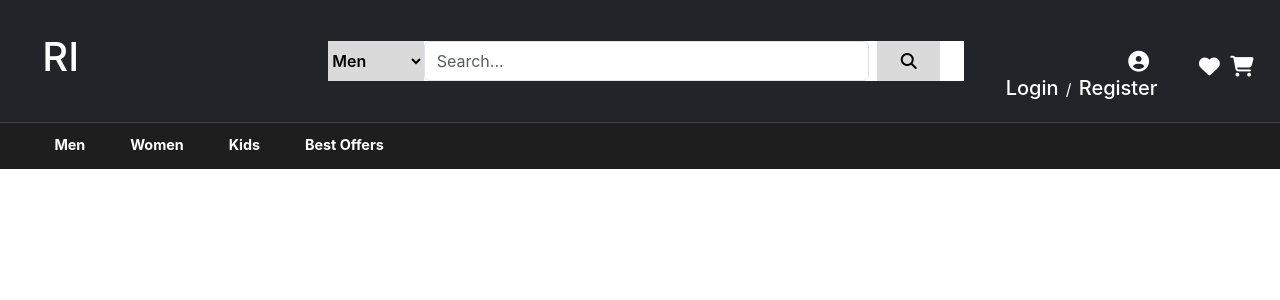
Repository: KodandaraoChellapilli/e-store
Page: /
These files come from the project's save history. The page is drawn as it stood at one moment and after a run of saves; the edit follows.
The browser window is 1280 px wide. The pictures show the whole page.
The project was rebuilt for these pictures with package versions that can differ from the ones it lists, and the page was loaded fresh each time. Also part of the build but not shown: src/App.css, src/Components/SideNav/_side-nav.scss.

Above is the page before, as saved 2025-06-09 12:58:08.

### public/index.html
<!DOCTYPE html>
<html lang="en">
  <head>
    <meta charset="utf-8" />
    <link rel="icon" href="%PUBLIC_URL%/favicon.ico" />
    <meta name="viewport" content="width=device-width, initial-scale=1" />
    <meta name="theme-color" content="#000000" />
    <meta
      name="description"
      content="Web site created using create-react-app"
    />
    <link rel="apple-touch-icon" href="%PUBLIC_URL%/logo192.png" />
    <!--
      manifest.json provides metadata used when your web app is installed on a
      user's mobile device or desktop. See https://developers.google.com/web/fundamentals/web-app-manifest/
    -->
    <link rel="manifest" href="%PUBLIC_URL%/manifest.json" />

    <link rel="stylesheet"   href="https://cdnjs.cloudflare.com/ajax/libs/font-awesome/6.7.2/css/all.min.css"/>


    <link href="https://cdn.jsdelivr.net/npm/bootstrap@5.3.6/dist/css/bootstrap.min.css" rel="stylesheet" integrity="sha384-4Q6Gf2aSP4eDXB8Miphtr37CMZZQ5oXLH2yaXMJ2w8e2ZtHTl7GptT4jmndRuHDT" crossorigin="anonymous">
    <!--
      Notice the use of %PUBLIC_URL% in the tags above.
      It will be replaced with the URL of the `public` folder during the build.
      Only files inside the `public` folder can be referenced from the HTML.

      Unlike "/favicon.ico" or "favicon.ico", "%PUBLIC_URL%/favicon.ico" will
      work correctly both with client-side routing and a non-root public URL.
      Learn how to configure a non-root public URL by running `npm run build`.
    -->
    <title>React App</title>
  </head>
  <body>
    <noscript>You need to enable JavaScript to run this app.</noscript>
    <div id="root"></div>
    <!--
      This HTML file is a template.
      If you open it directly in the browser, you will see an empty page.

      You can add webfonts, meta tags, or analytics to this file.
      The build step will place the bundled scripts into the <body> tag.

      To begin the development, run `npm start` or `yarn start`.
      To create a production bundle, use `npm run build` or `yarn build`.
    -->
  </body>
</html>

### src/App.js
import logo from './logo.svg';
import './App.css';
import TopNav from './Components/TopNav';
import  CatNav from './Components/CatNav';
import MainComponent from './Components/MainComponent';



function App() {
  return (
    <div className="App">

      <TopNav />
      <CatNav />
      <MainComponent />

    </div>
  );
}

export default App;

### src/Components/TopNav/index.js

import './_top-nav.scss';




const TopNav = ()=>{

    return (
        <div>

            <div className='header bg-dark'>
                    <div className='row'>

                    <div className='brand my-1'>
                        <h1>RI</h1>
                    </div>

                    <div className='inp-container p-0 my-4 w-50 h-25 bg-white'>

                        <div className='dropdown m-0 p-0'>
                        <select className='select-btn w-100 p-0 m-0'>
                            <option>Men</option>
                            <option>Women</option>
                            <option>Kids</option>
                        </select>
                        </div>

                        <input className='form-control' placeholder='Search...' />
                        <button><i className='fa fa-search'></i></button>

                    </div>

                    <div className='login-container p-0'>
                        <i className='fa fa-user-circle user-icon'></i>
                        <div className='auth-links'>
                        <h5><a href='#'>Login</a></h5>
                        <span> / </span>
                        <h5><a href="#">Register</a></h5>
                        </div>
                    </div>

                    <div className='cart-wishlist'>
                        <ul className='p-0'>
                        <li className='list-icon'><i className='fa fa-heart'></i></li>
                        <li className='list-icon'><i className='fa fa-shopping-cart'></i></li>
                        </ul>
                    </div>

                    </div>
      </div>
        </div>
    )

}

export default TopNav

### src/Components/CatNav/index.js
import './_cat-nav.scss';


const CatNav =()=> {
    return (
        <>

        <div className='cat-nav-container continer'>
            <ul>
                <li className ='list-items'> <a href='#'> Men  </a></li>
                <li className ='list-items' > <a href='#'> Women </a></li>
                <li  className ='list-items'> <a href='#'> Kids </a></li>
                <li  className ='list-items'> <a href='#'> Best Offers </a></li>

            </ul>
        </div>


        </>
    )
}

export default CatNav;

### src/Components/MainComponent/index.js
import './_main-component.scss';

const MainComponent =()=> {

    return (
        <div>
            <div className='container-fluid'>
                <div className='col-lg-2 col-md-3 col-sm-4'></div>
            </div>
        </div>
    )
}

export default MainComponent;

### src/Components/TopNav/_top-nav.scss
@import '../../style/sass/variables';

.header {
  max-width: 100%;
  box-shadow: 5px 5px 20px gray;
  padding: 1em;
}

.row {
  display: flex;
  align-items: center;
  flex-wrap: wrap;
  justify-content: space-between;
}

.brand {
  color: white;
  margin-left: 2%;
  padding: 0.8em;
  width: 23%;
}

.inp-container {
  display: flex;
  align-items: center;
  width: 50%;
  padding: 0.5em;
  background-color: white;
}

.inp-container .dropdown {
  width: 15%;
  margin-right: 0.5em;
}

.drropdown{
    width: 15%;
}

.select-btn {
  height: $element-height;
  border: none;
  background-color: #dadada;
  font-weight: 600;
  width: 100%;
}

.inp-container input {
  width: 70%;
  height: $element-height;
  margin-right: 0.5em;
}

.inp-container button {
  width: 10%;
  height: $element-height;
  border: none;
  background-color: #dadada;
}

.login-container {
  width: 15%;
  color: white;
  text-align: right;
  margin: 1.7em 0.2em 0 0;
}

.user-icon {
  margin-right: 0.4em;
  padding: 0.2em;
  font-size: $icon-font;
}

.auth-links {
  display: inline-block;
}

.login-container h5,
.login-container span {
  display: inline-block;
  margin: 0 0.2em;
}

.login-container a {
  text-decoration: none;
  color: white;
}

.cart-wishlist {
  width: 7%;
  margin-top: 1.7em;
  margin-left: 1em;
}

.cart-wishlist .list-icon {
  color: white;
  font-size: $icon-font;
  list-style-type: none;
  display: inline-block;
  margin-right: 0.5em;
}

### src/Components/CatNav/_cat-nav.scss
@import '../../style/sass/variables';
@import '../../style/sass/mixins';


.cat-nav-container {
  background-color: #1e1e1e; // Dark background for nav
  max-width: 100%; // Makes the nav bar take full width
  border-top: 1px solid #444444; // Adds a subtle top border

  .list-items {
    list-style-type: none; // Removes bullets from the list
    display: inline-block; // Aligns list items horizontally
    margin: 0.2em 1em; // Space around each list item
    padding: 0.4em; // Inner spacing
    height: 2.5em; // Sets height of each item
  }

  a {
    text-decoration: none; // Removes underline from links
    color: white; // Makes link text white
    height: 1.8em; // Sets height of the anchor tag
    font-size: 0.9em; // Slightly smaller font
    font-weight: 700; // Makes text bold

    &::after {
      content: ''; // Creates a fake element after <a>
      display: block; // Makes it act like a visible block
      bottom: 0; // Align it to bottom (needs position to work correctly)
      left: 0; // Align it to left side
      height: 0.2em; // Thin line height
      background-color:$accent-color; // Line color
      transform: scaleX(0); // Starts invisible
      @include transition(transform, 0.2s )
    }

    &:hover::after {
      transform: scaleX(1.1); // When hovering, stretch the line slightly
    }
  }
}

### src/style/sass/_variables.scss
$accent-color: red;
$icon-font: 1.3em;
$element-height: 2.5em;

### src/style/sass/_mixins.scss
@mixin transition($property, $duration) {
  transition-property: $property;
  transition-duration: $duration;
}

### src/Components/SideNav/index.js
import './_side-nav.scss';


const SideNav =()=>{

    return (
        <div>
            <h1>SideNav</h1>
        </div>
    )


}
export default SideNav;

Loaded but not shown: src/index.js (common file); src/index.css (common file); src/reportWebVitals.js (common file); src/Components/MainComponent/_main-component.scss (no stored copy; drawn as an empty file)

After the next 2 saves:
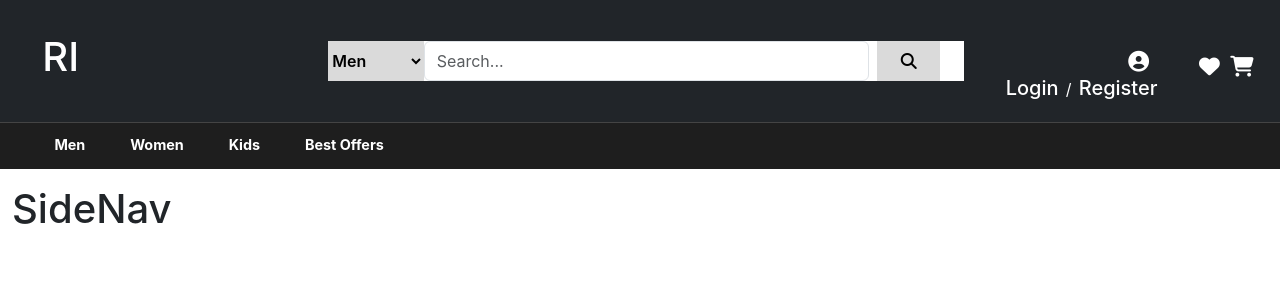
The 2 saves are shown as one change because 1 did not build or start.
The last was saved 41 s later.
--- a/src/Components/MainComponent/index.js
+++ b/src/Components/MainComponent/index.js
@@ -1,11 +1,14 @@
 import './_main-component.scss';
+import SideNav from '../SideNav';
 
 const MainComponent =()=> {
 
     return (
         <div>
             <div className='container-fluid'>
-                <div className='col-lg-2 col-md-3 col-sm-4'></div>
+                <div className='col-lg-2 col-md-3 col-sm-4'>
+                    <SideNav/>
+                </div>
             </div>
         </div>
     )
